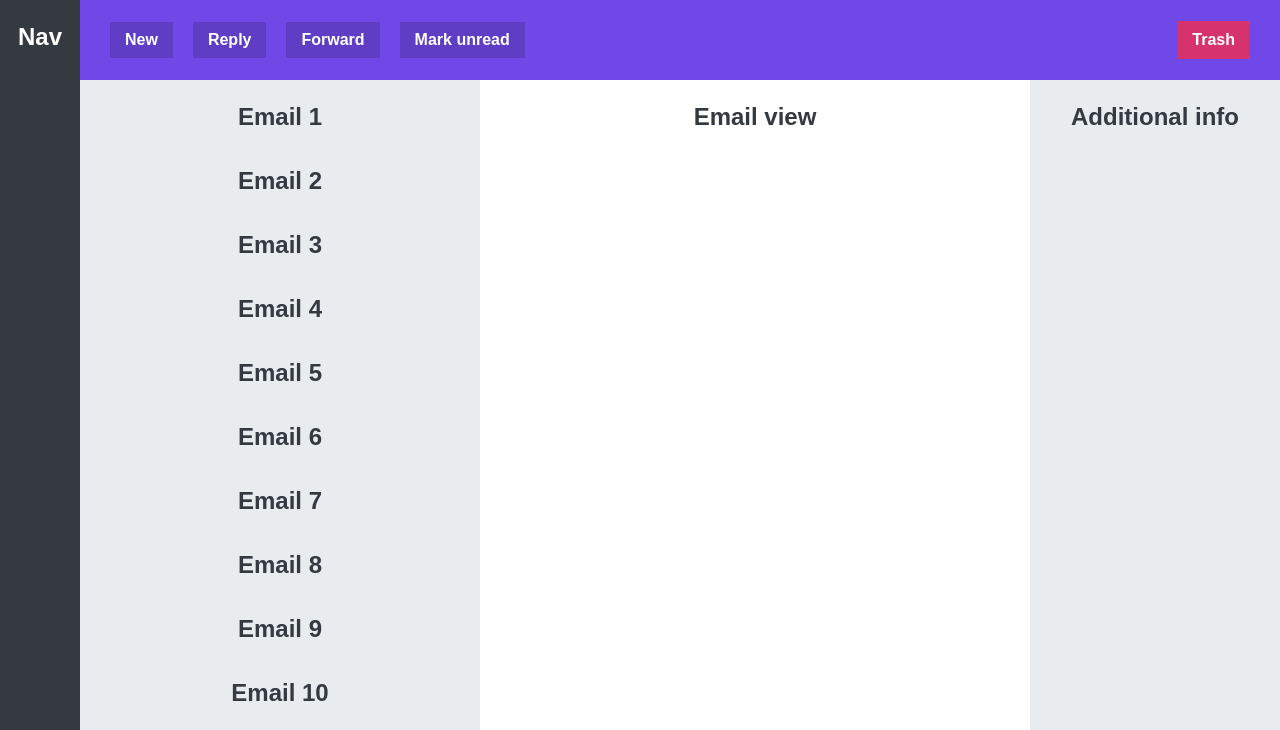
Repository: Ahmed123rezk123/06-Components
Page: app-layout.html
These files come from the project's save history. The page is drawn as it stood at one moment and after the next save; the edit follows.
The browser window is 1280 px wide. The pictures show the whole page.

Above is the page before, as saved 2024-09-18 10:47:20.

### app-layout.html
<!DOCTYPE html>
<html lang="en">
  <head>
    <meta charset="UTF-8" />
    <meta name="viewport" content="width=device-width, initial-scale=1.0" />
    <link rel="preconnect" href="https://fonts.gstatic.com" />
    <link rel="preconnect" href="https://fonts.googleapis.com" />
    <link rel="preconnect" href="https://fonts.gstatic.com" crossorigin />
    <link
      href="https://fonts.googleapis.com/css2?family=Hanken+Grotesk:ital,wght@0,100..900;1,100..900&display=swap"
      rel="stylesheet"
    />
    <style>
      * {
        margin: 0;
        padding: 0;
        box-sizing: border-box;
      }

      body {
        font-family: sans-serif;
        /* font-family: "Hanken Grotesk", system-ui; */
        /* color: #343a40;
        background-color: #f8f9fa; */
        line-height: 1;
        display: grid;
        height: 100vh;
        grid-template-columns: 80px 400px 1fr 250px;
        grid-template-rows: 80px 1fr;
        text-align: center;
        font-size: 24px;
        font-weight: bold;
        color: #343a40;
      }
      nav,
      menu,
      section,
      main,
      aside {
        padding: 25px 0;
      }
      nav {
        background-color: #343a40;
        grid-row: 1 / -1;
        color: #fff;
      }
      menu {
        background-color: #7048e8;
        grid-column: 2 / -1;
        position: relative;
        display: flex;
        justify-content: space-between;
        align-items: center;
        padding: 0 30px;
      }
      menu ul {
        list-style: none;
        display: flex;
        align-items: center;
        gap: 20px;
      }
      menu ul li {
        color: #fff;
        background-color: #5f3dc4;
        padding: 10px 15px;
        /* border-radius: 5px; */
        cursor: pointer;
        font-size: 16px;
      }
      menu .btn {
        padding: 10px 15px;
        color: #fff;
        background-color: #d6336c;
        border: none;
        font-weight: bold;
        font-size: 16px;
        cursor: pointer;
      }
      section {
        background-color: #e9ecef;
        display: flex;
        /* justify-content: space-between; */
        align-items: center;
        flex-direction: column;
        gap: 40px;
        /* scrollbar-width: 50px; */
      }
      aside {
        background-color: #e9ecef;
      }
    </style>
    <title>App</title>
  </head>
  <body>
    <nav>Nav</nav>
    <menu>
      <ul>
        <li>New</li>
        <li>Reply</li>
        <li>Forward</li>
        <li>Mark unread</li>
      </ul>
      <button class="btn">Trash</button>
    </menu>
    <section>
      <div>Email 1</div>
      <div>Email 2</div>
      <div>Email 3</div>
      <div>Email 4</div>
      <div>Email 5</div>
      <div>Email 6</div>
      <div>Email 7</div>
      <div>Email 8</div>
      <div>Email 9</div>
      <div>Email 10</div>
    </section>
    <main>Email view</main>
    <aside>Additional info</aside>
  </body>
</html>

After the next save:
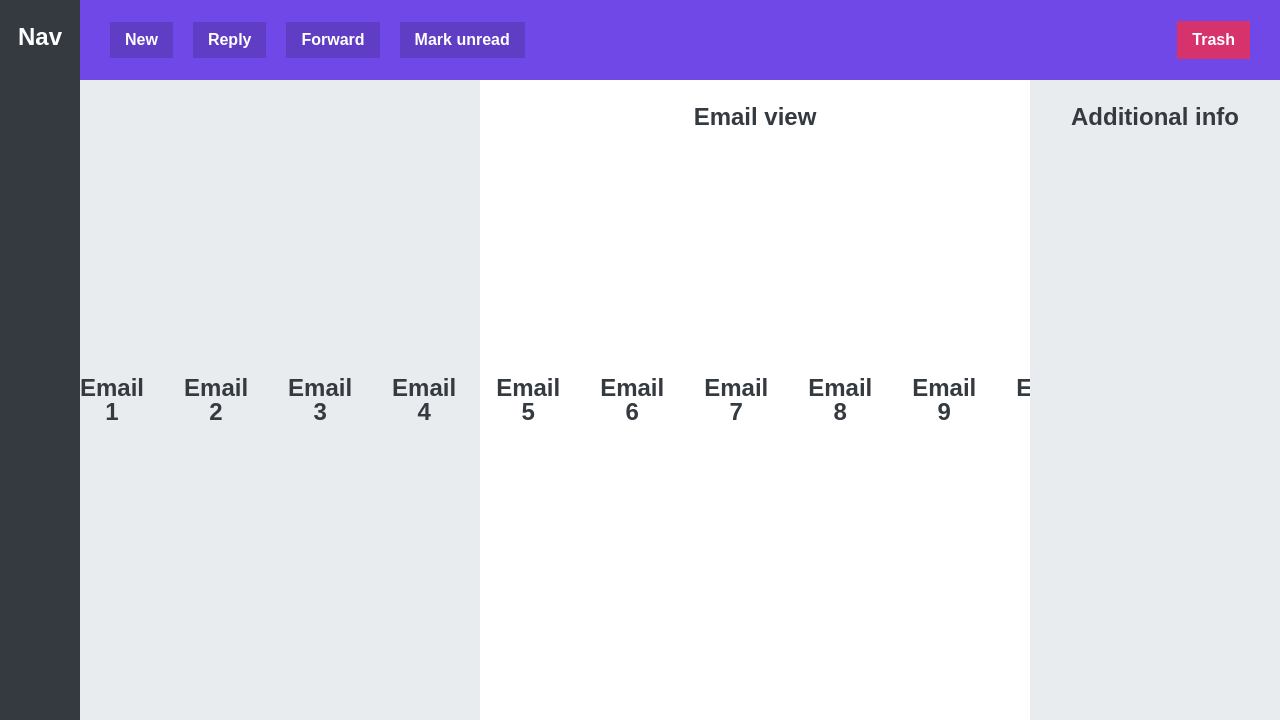
Saved 18 s later.
--- a/app-layout.html
+++ b/app-layout.html
@@ -81,9 +81,8 @@
         display: flex;
         /* justify-content: space-between; */
         align-items: center;
-        flex-direction: column;
+        /* flex-direction: column; */
         gap: 40px;
-        /* scrollbar-width: 50px; */
       }
       aside {
         background-color: #e9ecef;

After the save that followed:
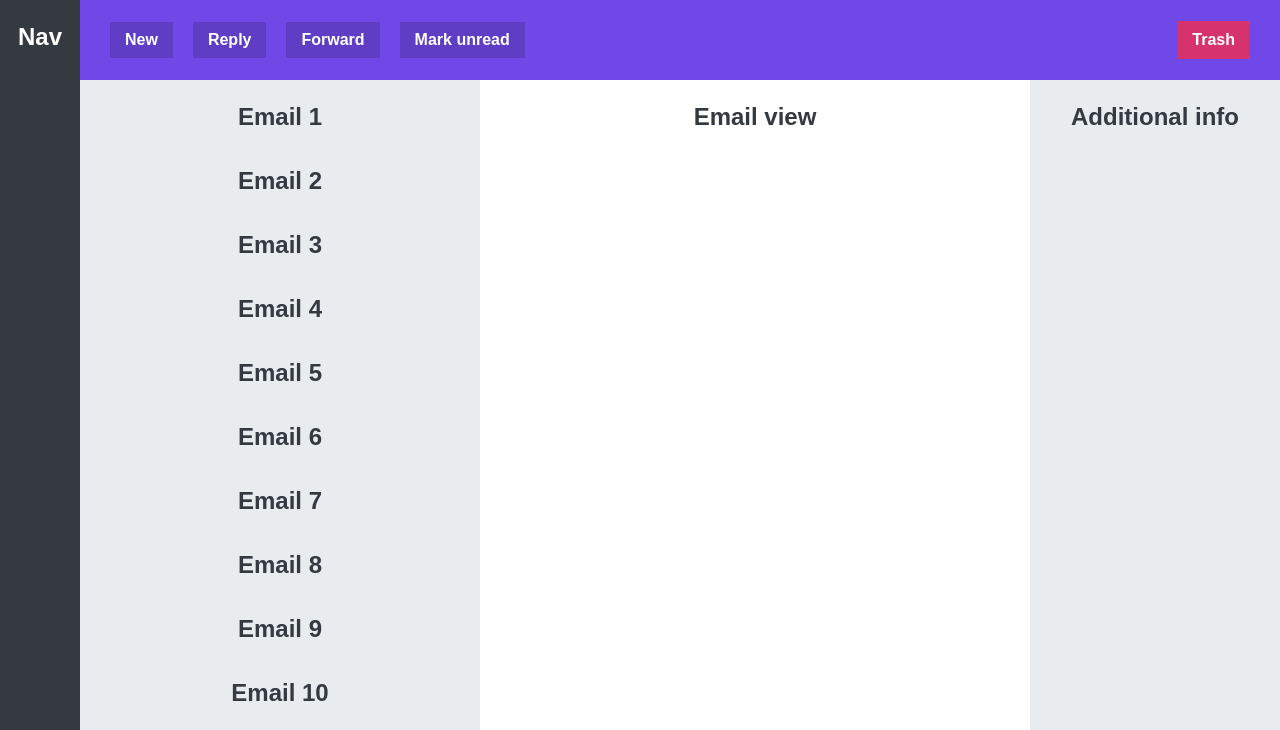
Saved 10 s later.
--- a/app-layout.html
+++ b/app-layout.html
@@ -81,7 +81,7 @@
         display: flex;
         /* justify-content: space-between; */
         align-items: center;
-        /* flex-direction: column; */
+        flex-direction: column;
         gap: 40px;
       }
       aside {
